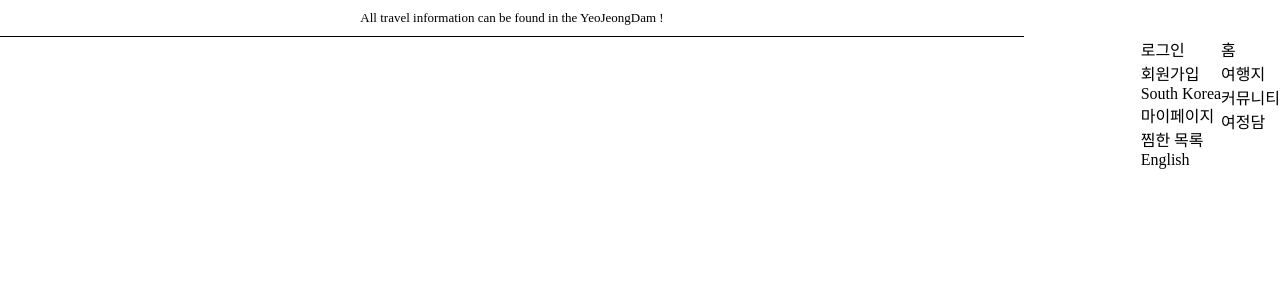
Repository: gaeunlee95/semi
Page: http://localhost/semi/main.jsp
The author's editor kept a copy of each file at every save. The page is drawn from the files as they stood at one save, then again after the next save.
The browser window is 1280 px wide. The pictures show the whole page.
The page is served by Tomcat 9.

Above is the page before, as saved 2023-12-06 08:26:44.

After the next save:
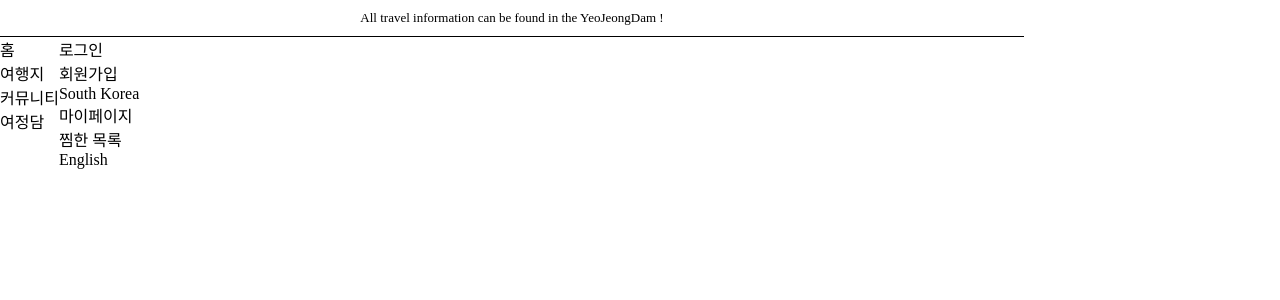
Saved 43 s later.
--- a/semi/src/main/webapp/resources/css/style.css
+++ b/semi/src/main/webapp/resources/css/style.css
@@ -19,7 +19,7 @@ header #welcome p{
 }
 header nav{
 	height: 80px;
-	float:right;
+	float:left;
 }
 header nav #main_nav1{
 	width: 700px;
